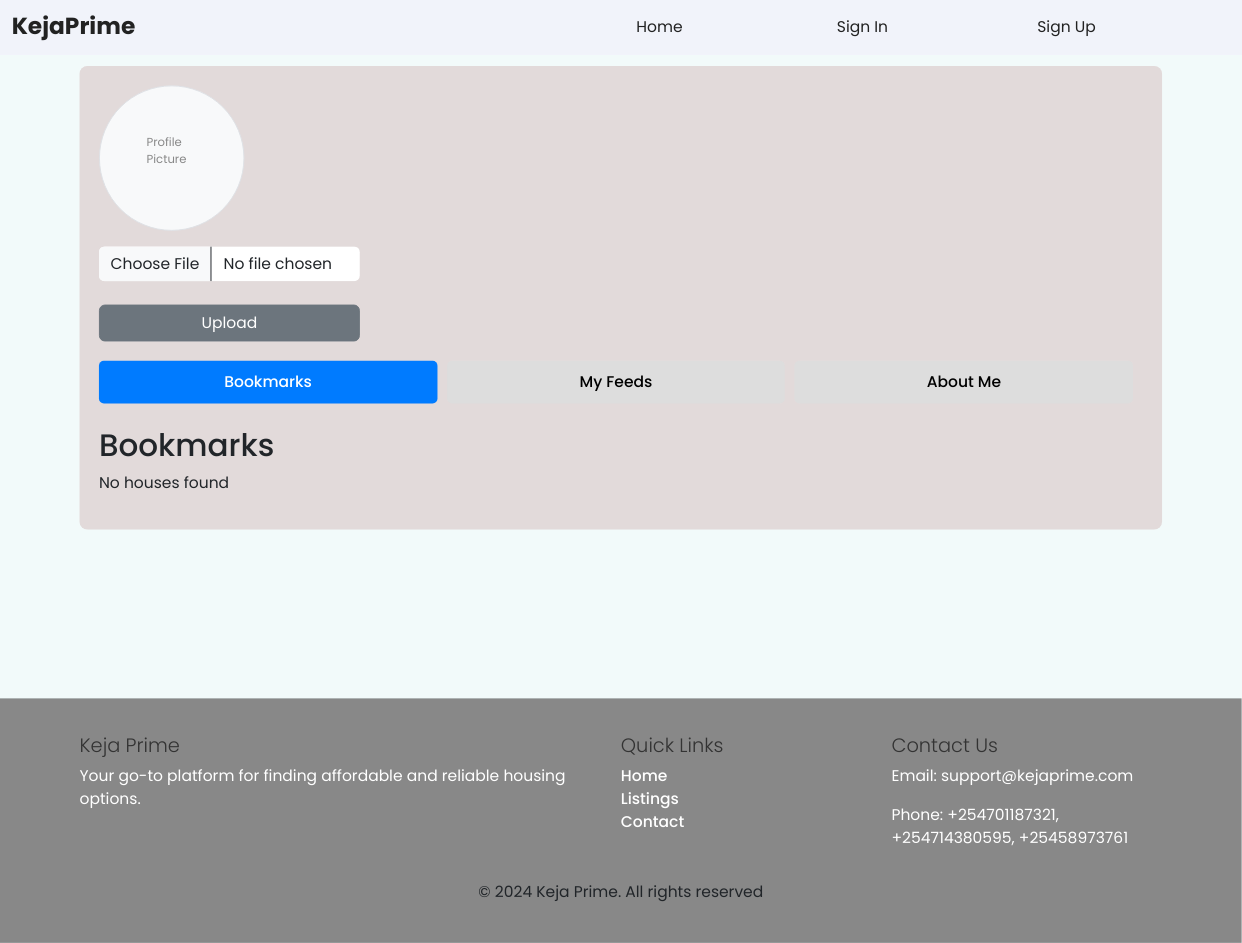
Repository: Pascal7601/kejaPrime
Page: /profile (app in frontend/)
These files come from the project's save history. The page is drawn as it stood at one moment and after a run of saves; the edit follows.
The browser window is 1280 px wide. The pictures show the whole page, at 97% of full size.
The page's requests for data from a server got no answer. The project was rebuilt for these pictures with package versions that can differ from the ones it lists, and the page was loaded fresh each time. No one was signed in, and anything a server would have sent is missing. Also part of the build but not shown: frontend/vite.config.js, frontend/src/styles/HeroSection.css, frontend/src/components/HeroSection.jsx, frontend/src/pages/Home.jsx, frontend/src/components/Houses.jsx, frontend/src/pages/Listings.jsx, frontend/src/styles/PostHouse.css, frontend/src/pages/PostHouse.jsx and 10 more.

Above is the page before, as saved 2024-10-22 11:44:03.

### frontend/index.html
<!doctype html>
<html lang="en">
  <head>
    <meta charset="UTF-8" />
    <link rel="icon" type="image/svg+xml" href="/vite.svg" />
    <meta name="viewport" content="width=device-width, initial-scale=1.0" />
    <script src="https://cdn.jsdelivr.net/npm/@popperjs/core@2.11.6/dist/umd/popper.min.js"></script>
    <script src="https://cdn.jsdelivr.net/npm/bootstrap@5.2.0/dist/js/bootstrap.bundle.min.js"></script>
    <link rel="preconnect" href="https://fonts.googleapis.com">
    <link rel="preconnect" href="https://fonts.gstatic.com" crossorigin>
    <link href="https://fonts.googleapis.com/css2?family=Poppins:ital,wght@0,100;0,200;0,300;0,400;0,500;0,600;0,700;0,800;0,900;1,100;1,200;1,300;1,400;1,500;1,600;1,700;1,800;1,900&display=swap" rel="stylesheet">
    <title>KejaPrime</title>
  </head>
  <body>
    <div id="root"></div>
    <script type="module" src="/src/main.jsx"></script>
  </body>
</html>

### frontend/src/App.jsx
import React from 'react';
import { BrowserRouter as Router, Route, Routes } from 'react-router-dom';
import { AuthProvider } from './utils/AuthContext';
import Home from './pages/Home';
import Listings from './pages/Listings';
import ProfilePage from './pages/ProfilePage';
import SignUp from './components/SignUp';
import FeedsPage from './pages/FeedsPage'
import PostHouse from './pages/PostHouse';
import SignIn from './components/SignIn';
import Dashboard from './components/Dashboard';

import './App.css';

function App() {

  return (
    <AuthProvider>
      <Router>
            <Routes>
              <Route path="/Sign-up" element={<SignUp />} />
              <Route path="/Sign-in" element={<SignIn />} />
              <Route path="/" element={<Home />} />
              <Route path="/home" element={<Home />} />
              <Route path="/dashboard" element={<Dashboard />} />
              <Route path="/feeds" element={<FeedsPage />} />
              <Route path="/listings" element={<Listings />} />
              <Route path="/profile" element={<ProfilePage />} />
              <Route path="/post-house" element={<PostHouse />} />
            </Routes>
      </Router>
    </AuthProvider>
  );
}

export default App

### frontend/src/pages/ProfilePage.jsx
import React from 'react';
import Profile from "../components/Profile";
import "../styles/ProfilePage.css";

const ProfilePage = () => {
	return (
		<>
			<Profile />
		</>
	);
}

export default ProfilePage;

### frontend/src/App.css
@import url('https://fonts.googleapis.com/css2?family=Poppins:ital,wght@0,100;0,200;0,300;0,400;0,500;0,600;0,700;0,800;0,900;1,100;1,200;1,300;1,400;1,500;1,600;1,700;1,800;1,900&display=swap');
*{
	font-family: "Poppins", sans-serif;
	margin: 0;
	padding: 0;
	width: 100%;
	box-sizing: border-box;
}

body {
	margin: 0;
	font-family: "Poppins", sans-serif;
	width: 100%;
	background-color: rgb(229, 245, 245);
}

### frontend/src/components/Footer.jsx
import React from 'react'
import 'bootstrap/dist/css/bootstrap.min.css';
import '../styles/Footer.css';

const Footer = () => {
	const currentYear = new Date().getFullYear();
  return (
	<footer className='footer py-4'>
		<div className='container'>
			<div className='row'>
				<div className='col-md-6'>
					<h5 className='footer-title'>Keja Prime</h5>
					<p className='footer-description'>
					Your go-to platform for finding affordable and reliable housing options.
					</p>
				</div>
				<div className="col-md-3">
					<h5 className="footer-links-title">Quick Links</h5>
            		<ul className="list-unstyled">
						<li><a href="/" className="text-white">Home</a></li>
              			<li><a href="/listings" className="text-white">Listings</a></li>
              			<li><a href="/contact" className="text-white">Contact</a></li>
            		</ul>
				</div>
				<div className='col-md-3'>
					<h5 className='footer-contact-title'> Contact Us</h5>
					<p>Email: support@kejaprime.com</p>
					<p>Phone: +254701187321, +254714380595, +25458973761</p>
				</div>
			</div>
			<div className='text-center mt-3'>
				<p className='text-dark'>&copy; {currentYear} Keja Prime. All rights reserved</p>
			</div>
		</div>
	</footer>
  );
};

export default Footer;

### frontend/src/styles/Footer.css
.footer{
	background: #4ea685;
	color: #222222;
}

### frontend/src/components/Profile.jsx
import React, { useEffect, useState } from 'react';
import axios from 'axios';
import Footer from "../components/Footer";
import Navbar from '../components/Navbar';
import PostHouse from '../pages/PostHouse';
import 'bootstrap/dist/css/bootstrap.min.css';
import '../styles/Profile.css';

function Profile() {
  const [profile, setProfile] = useState(null);
  const [profilePic, setProfilePic] = useState(null);
  const [preview, setPreview] = useState(null);
  const [userType, setUserType] = useState(false);
  const [houses, setHouses] = useState([]);
  const [feeds, setFeeds] = useState([]); // State for tenant's feeds
  const [loading, setLoading] = useState(true);
  const [savedHouses, setSavedHouses] = useState([]);
  const [activeTab, setActiveTab] = useState('houses');
  const [isFormVisible, setIsFormVisible] = useState(false);

  useEffect(() => {
    async function fetchProfile() {
      try {
        const token = localStorage.getItem('access_token');
        const config = {
          headers: { Authorization: `Bearer ${token}` },
        };

        const profileRes = await axios.get('http://localhost:8000/api/v1/users/profile', config);
        const isLandlord = profileRes.data.is_landlord;
        console.log(profileRes.data.id);
        setUserType(isLandlord);
        setProfile(profileRes.data);

        const userId = profileRes.data.id;

        if (isLandlord) {
          // Fetch posted houses
          const postedHousesRes = await axios.get(`http://localhost:8000/api/v1/properties/${userId}`);
          const housesWithImages = await Promise.all(
            postedHousesRes.data.map(async (house) => {
              try {
                const imageRes = await axios.get(`http://localhost:8000/api/v1/properties/${house.id}/images`);
                const img = imageRes.data.length > 0 ? imageRes.data[0].image_url : null;
                return { ...house, imageUrl: img };
              } catch (error) {
                console.warn(`Image not found for house ${house.id}`);
                return { ...house, imageUrl: null };
              }
            })
          );
          setHouses(housesWithImages);
        } else {
          //Fetch Bookmarks
          const savedHousesRes = await axios.get('http://localhost:8000/api/v1/bookmarks/', config);
          // console.log(savedHousesRes.data);
          const savedHousesData = savedHousesRes.data.bookmarks;

        // Separate feeds and properties
        const savedFeeds = savedHousesData
          .filter(bookmark => bookmark.feed) // Get only feeds
          .map(bookmark => bookmark.feed);
          // console.log(savedFeeds[0]);  // Extract feed data

        const savedProperties = savedHousesData
          .filter(bookmark => bookmark.property) // Get only properties
          .map(bookmark => bookmark.property);   // Extract property data

          const feedsWithImages = await Promise.all(
            savedFeeds.map(async (feed) => {
              try {
                const feedRes = await axios.get(`http://localhost:8000/api/v1/feeds/${feed.id}`);
                console.log(feedRes.data[0].images[0].image_url);
                const img = feedRes.data[0].images[0].image_url;
                return { ...feed, imageUrl: img };
              } catch (error) {
                console.warn(`Image not found for feed ${feed.id}`);
                return { ...feed, imageUrl: null };
              }
            })
          );

          // Fetch images for properties
          const propertiesWithImages = await Promise.all(
            savedProperties.map(async (property) => {
              try {
                const imageRes = await axios.get(`http://localhost:8000/api/v1/properties/${property.id}/images`, config);
                const img = imageRes.data.length > 0 ? imageRes.data[0].image_url : null;
                return { ...property, imageUrl: img };
              } catch (error) {
                console.warn(`Image not found for property ${property.id}`);
                return { ...property, imageUrl: null };
              }
            })
          );

          // Combine feeds and properties into the `houses` state
          const combinedSavedHouses = [...feedsWithImages, ...propertiesWithImages];
          setHouses(combinedSavedHouses); // Update houses with both feeds and properties


        // Track saved house IDs for both feeds and properties
        const savedHouseIds = combinedSavedHouses.map(house => house.id);
        setSavedHouses(savedHouseIds); // Track Bookmarks by ID

        // Fetch tenant's feeds
          const tenantFeedsRes = await axios.get(`http://localhost:8000/api/v1/feeds/me`, config);
          console.log(tenantFeedsRes.data);
          setFeeds(tenantFeedsRes.data);
        }
      } catch (error) {
        console.error('Error fetching profile data', error);
      } finally {
        setLoading(false);
      }
    }

    fetchProfile();
  }, []);

  const handleTabChange = (tab) => {
    setActiveTab(tab);  // Change active tab
  };

  const handleSaveHouse = async (houseId) => {
    const isSaved = savedHouses.includes(houseId);
    if (!isSaved) {
      try {
        const token = localStorage.getItem('access_token');
        const config = {
          headers: { Authorization: `Bearer ${token}` },
        };

        await axios.post(`http://localhost:8000/api/v1/houses/save`, { houseId }, config);
        setSavedHouses(prevSavedHouses => [...prevSavedHouses, houseId]);

        // Optionally, refetch the Bookmarks to update the UI
        const savedHousesRes = await axios.get('http://localhost:8000/api/v1/houses/saved', config);
        setHouses(savedHousesRes.data);
        console.log('House saved successfully');
      } catch (err) {

        console.error('Error saving house:', err);
      }
    }
  };
  const toggleFormVisibility = () => {
    setIsFormVisible(!isFormVisible);
  };
  const handleFileChange = () => {
    const file = e.target.files[0];
    if (file) {
      setProfilePic(file);
      const fileURL = URL.createObjectURL(file);
      setPreview(fileURL);
    }
  };

  const handleFileUpload = async () => {
    if (profilePic) {
      const formData = new FormData();
      formData.append('profile_pic', profilePic);
      try {
        const token = localStorage.getItem('access_token');
        const config = {
          headers: {
            Authorization: `Bearer ${token}`,
            'Content-Type': 'multipart/form-data',
          },
        };
        await axios.post('http://localhost:8000/api/v1/users/profile-pic', formData, config);
        alert('Profile picture updated successfully');
      } catch (err) {
        console.error('Error uploading profile picture:', err);
      }
    }
  };

  const renderHouseImage = (imageUrl, title) => {
    const src = imageUrl ? `http://localhost:8000/${imageUrl}` : "/path/to/placeholder.jpg";
    const altText = imageUrl ? title : "No image available";
    return <img src={src} alt={altText} className="house-image" />;
  };

  if (loading) {
    return <div>Loading...</div>;
  }

  return (
    <>
    <Navbar />
    <div className={`profile-page ${!userType ? 'tenant-view' : ''}`}>
      <div className={`container my-5 profile-container ${userType ? 'landlord-layout' : 'tenant-layout'}`}>
        {/* Left Side Panel (For Landlords) */}
        <div className='left-panel'>
          {userType && (
            <>
              <h4 onClick={toggleFormVisibility} className='toggle-button'>
                {isFormVisible ? 'Hide Form' : 'Post a House'}
              </h4>
              {isFormVisible && <PostHouse />}
            </>
          )}
        </div>
        {/* Right Side Content */}
        <div className={`right-panel ${!userType ? 'full-width' : ''}`}>
          <div className="profile-header">
            <div className='profile-picture-container'>
              {preview ? (
                <img src={preview} alt="Profile Preview" className="img-fluid rounded-circle" />
              ) : (
                <div className='profile-picture-placeholder border rounded-circle p-5 bg-light'>
                  <p>Profile Picture</p>
                </div>
              )}
              <input type="file" onChange={handleFileChange} accept="image/*" className="form-control w-25 my-3" />
              <button onClick={handleFileUpload} className="btn btn-secondary w-25 mt-2">Upload</button>
            </div>
          </div>
          {/* Navigation Tabs */}
          <div className="profile-tabs mb-4">
            <button
              className={`tab-button ${activeTab === 'houses' ? 'active' : ''}`}
              onClick={() => handleTabChange('houses')}
            >
              {userType ? 'Posted Houses' : 'Bookmarks'}
            </button>
            {!userType && (
              <button
                className={`tab-button ${activeTab === 'feeds' ? 'active' : ''}`}
                onClick={() => handleTabChange('feeds')}
              >
                My Feeds
              </button>
            )}
            <button
              className={`tab-button ${activeTab === 'about' ? 'active' : ''}`}
              onClick={() => handleTabChange('about')}
            >
              About Me
            </button>
          </div>
          {/* Tab Content */}
          <div className="tab-content">
            {activeTab === 'houses' && (
              <div className="houses-section">
                <h2>{userType ? 'Posted Houses' : 'Bookmarks'}</h2>
                <div className="house-list">
                  {houses.length === 0 ? (
                    <p>No houses found</p>
                  ) : (
                    houses.map(house => (
                      <div key={house.id} className="house-item">
                        <div className='card'>
                          {renderHouseImage(house.imageUrl, house.description)}
                          <div className='card-body'>
                            <h3 className='card-title'>{house.title || house.description}</h3>
                            <p className='card-text'>{house.description}</p>
                            <p className='card-text fw-bold'>Location: {house.location}</p>
                            {!userType && (
                              <button onClick={() => handleSaveHouse(house.id)} className="btn btn-primary">
                                {savedHouses.includes(house.id) ? 'Saved' : 'Save'}
                              </button>
                            )}
                          </div>
                        </div>
                      </div>
                    ))
                  )}
                </div>
              </div>
            )}
            {!userType && activeTab === 'feeds' && (
              <div className="feeds-section">
                <h2>My Feeds</h2>
                <div className="feed-list">
                  {feeds.length === 0 ? (
                    <p>No feeds found</p>
                  ) : (
                    feeds.map(feed => (
                      <div key={feed.id} className="feed-item">
                        <img src={`http://localhost:8000/${feed.images[0].image_url}`} alt={feed.description} className="feed-image" />
                        <p>{feed.description}</p>
                        <p>{feed.location}</p>
                      </div>
                    ))
                  )}
                </div>
              </div>
            )}
            {activeTab === 'about' && (
              <div className="profile-about">
                <h4>About Me</h4>
                {profile && (
                  <div>
                    <p>Name: {profile.username}</p>
                    <p>Email: {profile.email}</p>
                    <p>Status: {profile.is_landlord ? "Landlord" : "Tenant"}</p>
                    <p>Location: {profile.location}</p>
                  </div>
                )}
              </div>
            )}
          </div>
        </div>
      </div>
    </div>
    <Footer />
    </>
  );
}

export default Profile;

### frontend/src/styles/FeedsPage.css
@import url('https://fonts.googleapis.com/css2?family=Poppins:ital,wght@0,100;0,200;0,300;0,400;0,500;0,600;0,700;0,800;0,900;1,100;1,200;1,300;1,400;1,500;1,600;1,700;1,800;1,900&display=swap');
.right-side::-webkit-scrollbar {
    display: none;
}
body {
    -ms-overflow-style: none;
    scrollbar-width: none;
}
.feeds-page {
	height: 100vh;
	overflow: hidden;
}
.right-side{
	width:60%;
	margin-top: 60px;
	display: flex;
  	justify-content: center;
	text-align: center;
	border: 1px solid red;
	padding-bottom: 20px;
}

.row {
height: 100%;
}

.create-feed {
	position: fixed;
	background-color: #F1F3FA;
	top: 28%;
	width: 100%;
	max-width: 550px;
	z-index: 1;
}
.right-side {
	overflow-y: auto;
	height: 100%;
	background: radial-gradient(circle, #4ea685, #3e8f70);
	padding-bottom:20px;
	text-align: center;
}
.feed-item {
	position: relative;
	border: 1px solid #ddd;
	border-radius: 8px;
	background-color: #fff;
	padding: 10px;
	margin-bottom: 15px;
}
.feed-item {
	display: flex;
  	justify-content: center;
	text-align: center;
	width: 70%;
	margin-left: 80px;
}

.feed-img {
	max-width: 100%;
	background-size: cover;
	height: 400px;
	border-radius: 5px;
}
.btn1{
	color: #fff;
	background-color: #4ea685;
	border: none;
	max-width: 100px;
	font-weight: 200;
}
.form-control{
	border: none;
}
h5{
	font-weight: 300;
	color: #333;
}
.creat{
	font-weight: 500;
	color: #4ea685;
	margin-bottom: 20px;
}
/*-----Bookmark-------*/
.bookmark-btn {
	position: absolute;
	top: 10px;
	right: 10px;
	background-color: rgba(0, 0, 0, 0.5);
	color: #fff;
	border: none;
	padding: 8px 12px;
	cursor: pointer;
	border-radius: 5px;
	font-size: 14px;
}

.bookmark-btn:hover {
	background-color: rgba(0, 0, 0, 0.7);
}


@media (max-width: 768px) {
	.right-side {
	  width: 100%;
	  margin-top: 100px;
	}
	.create-feed{
		display: none;
	}
	.left-side{
		display: flex;
		flex-direction: column;
		gap: 10px;
		width: 100%;
	}
}
@media (max-width: 480px) {
	.house-row {
	  grid-template-columns: 1fr;
	}
	.left-side{
		display: flex;
		flex-direction: row;
		flex-wrap: wrap;
		gap: 10px;
		width: 100%;
	}
	.create-feed{
		display: none;
	}
}

### frontend/src/styles/Navbar.css
nav ul {
	list-style-type: none;
	margin: 0;
	padding: 0;
	justify-content: flex-end;
  }
.nav-item1 {
	padding-top: 10px;
	border: 1px solid red;
}
  nav ul li a {
	text-decoration: none;
	color: #333;
	font-weight: bold;
  }

  nav h1 {
	display: inline-block;
	margin: 0;
	font-size: 24px;
	font-weight: bold;
  }
  h1 span {
}
.custom-navbar {
	background-color: #F1F3FA;
	color: #222222;
}

.custom-navbar .navbar-nav .nav-link {
	color: #222222;
}

  .custom-navbar .navbar-brand {
	color: #222222;

  }

  .custom-navbar .navbar-toggler-icon {
	filter: brightness(100%);
  }

  .custom-navbar .navbar-nav .nav-link:hover {
	color: #4ea685;
  }

  .custom-navbar .btn-link {
	color: #ffffff;
  }

### frontend/src/styles/Houses.css
@import url('https://fonts.googleapis.com/css2?family=Poppins:ital,wght@0,100;0,200;0,300;0,400;0,500;0,600;0,700;0,800;0,900;1,100;1,200;1,300;1,400;1,500;1,600;1,700;1,800;1,900&display=swap');
body, html {
	margin: 0;
	padding: 0;
	box-sizing: border-box;
	font-family: "Poppins", sans-serif;
	width: 100%;
}
.houses-container {
	display: flex;
	flex-direction: column;
	align-items: center;
	padding: 1.5rem;
	margin-top: 50px;
	width: 100%;

}

.house-row{
	display: grid;
	grid-template-columns: repeat(auto-fill, minmax(250px, 1fr));
	gap: 1rem;
	width: 100%;

}

.house-card {
	background-color: #F1F3FA;
	padding: 10px;
	border-radius: 8px;
	margin: 0 10px;
	box-shadow: 0 4px 6px rgba(0, 0, 0, 0.1);
	transition: transform 0.2s ease-in-out;
  	flex-direction: column;

}

.house-card:hover {
	transform: translateY(-5px);
}

.house-image {
	width: 100%;
	object-fit: cover;
	border-top-left-radius: 8px;
	border-top-right-radius: 8px;
}

.house-info {
	padding: 1.5rem;
}

h5 {
	margin-top: 12px;
	font-weight: 400;
	color: #003b95;
	margin-bottom: 0.5rem;
}
.price{
	color: #003b95;
}

strong {
	font-weight: bold;
}
.location-icon {
	margin-right: 5px;
	margin-left: 5px;
	width: 10%;
	color: #e0354b;
 	align-items: center;
	margin: 0;
}
.icon-locator{
	display: flex;

}
.price{
	color: #498862;
	font-weight: 700;
	font-size: 16px;
}

.p{
	font-size: 14px;
	color: #060b20;
	margin: 0;
	line-height: 1.5;
	font-weight: 300;
}

.filter-bar {
	display: flex;
	justify-content: space-between;
	margin-bottom: 20px;
}

.filter-bar input,
.filter-bar button {
	padding: 5px 10px;
	font-size: 16px;
}
.save-button {
	border: 1px solid red;
}
@media (max-width: 768px) {
	.house-row {
	  grid-template-columns: repeat(auto-fill, minmax(200px, 1fr));
	}
}
@media (max-width: 480px) {
	.house-row {
	  grid-template-columns: 1fr;
	}
}

Loaded but not shown: frontend/src/main.jsx (common file); frontend/src/index.css (common file); frontend/src/components/Navbar.jsx (121 lines, source omitted); frontend/src/styles/Profile.css (182 lines, source omitted); frontend/src/utils/AuthContext.jsx (100 lines, source omitted); frontend/src/styles/HomePage.css (139 lines, source omitted); frontend/src/styles/ProfilePage.css (no stored copy; drawn as an empty file)

After the next 2 saves:
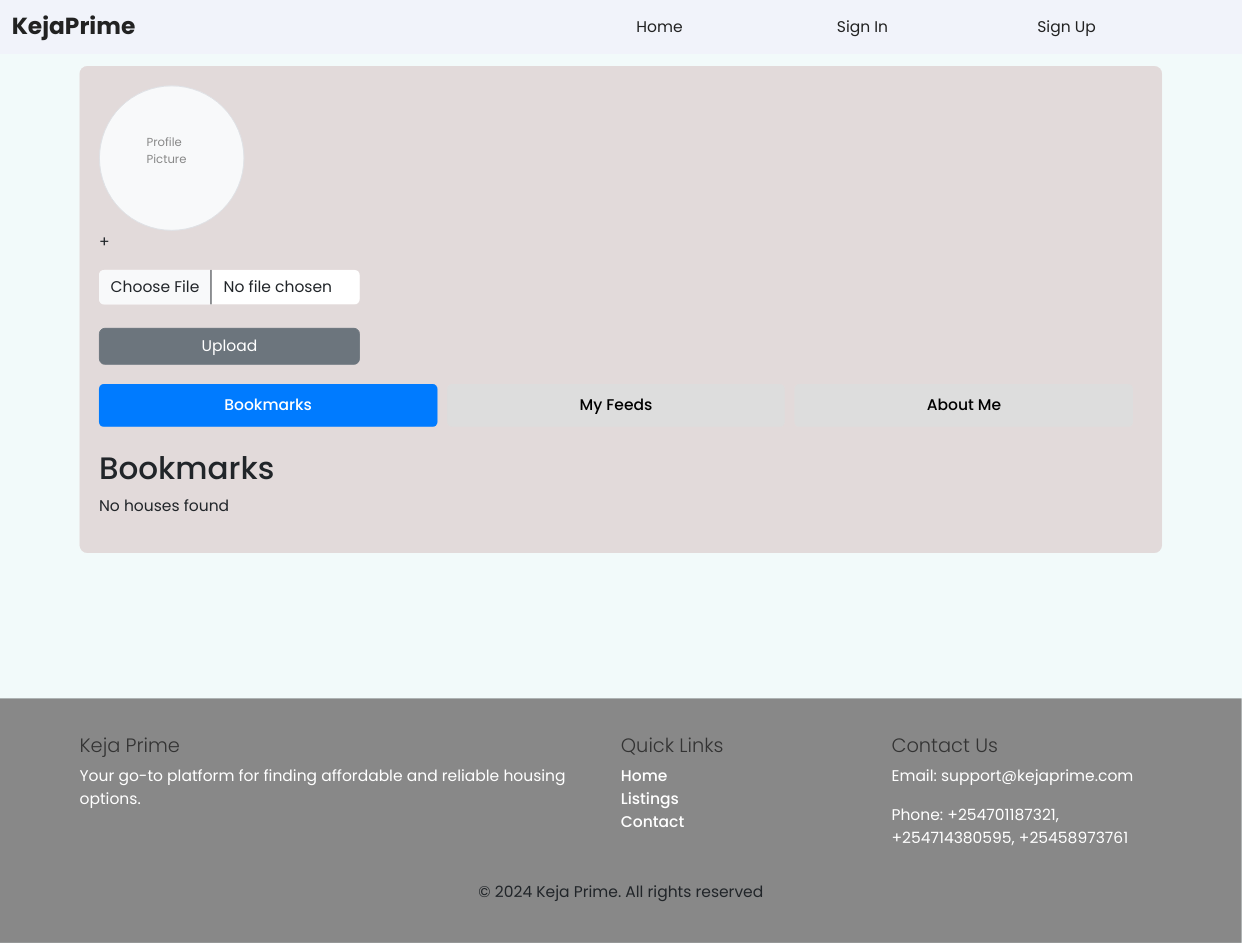
The 2 saves are shown as one change because they came seconds apart.
The last was saved 28 min 32 s later.
--- a/frontend/src/components/Profile.jsx
+++ b/frontend/src/components/Profile.jsx
@@ -213,6 +213,8 @@ function Profile() {
                   <p>Profile Picture</p>
                 </div>
               )}
+                  <label htmlFor="file-upload" className="plus-sign-label">+</label>
+
               <input type="file" onChange={handleFileChange} accept="image/*" className="form-control w-25 my-3" />
               <button onClick={handleFileUpload} className="btn btn-secondary w-25 mt-2">Upload</button>
             </div>
